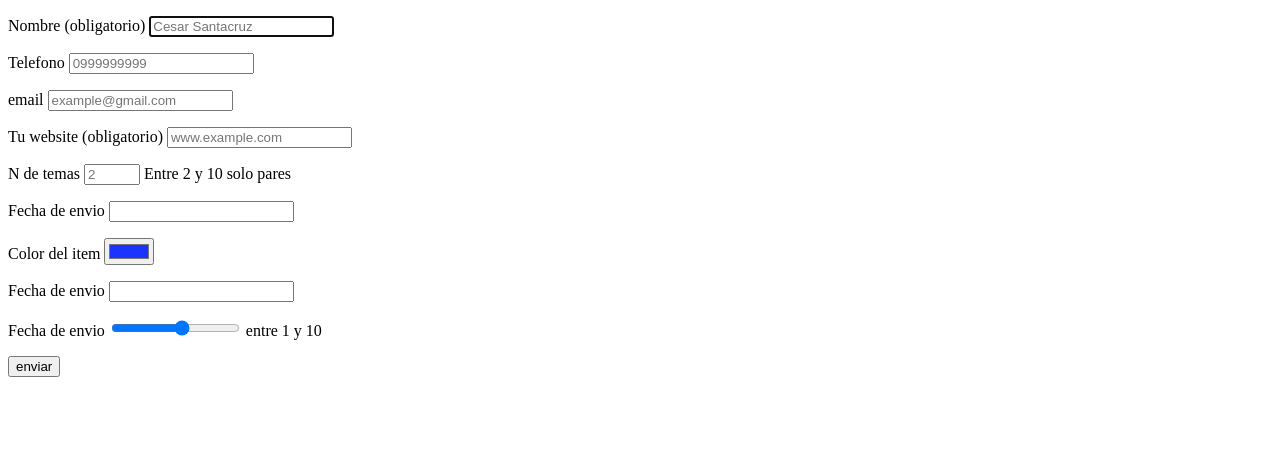
Repository: cesarsant0203/My_Study
Page: Introducción al desarrollo web/formulario.html
The author's editor kept a copy of each file at every save. The page is drawn from the files as they stood at one save, then again after the next save.
The browser window is 1280 px wide. The pictures show the whole page.

Above is the page before, as saved 2020-04-27 19:43:58.

After the next save:
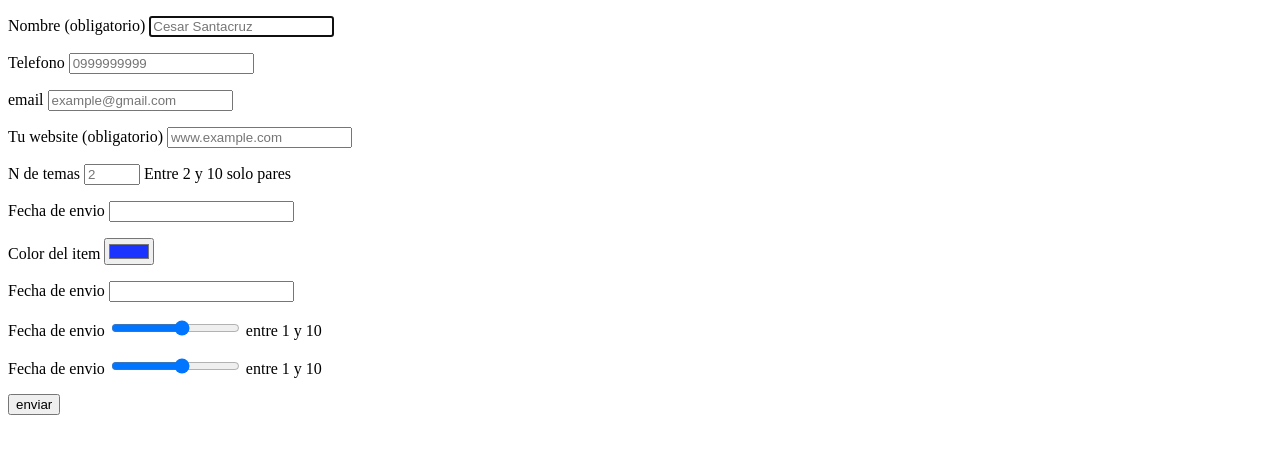
Saved 34 s later.
--- a/Introducción al desarrollo web/formulario.html
+++ b/Introducción al desarrollo web/formulario.html
@@ -64,6 +64,10 @@
             <label for="points"> Fecha de envio</label>
             <input type="range" name="points" id="points" min="1" max="10"> entre 1 y 10
         </p>
+        <p>
+            <label for="points"> Fecha de envio</label>
+            <input type="range" name="points" id="points" min="1" max="10"> entre 1 y 10
+        </p>
         <input type="submit" value="enviar">
 
     </form>
